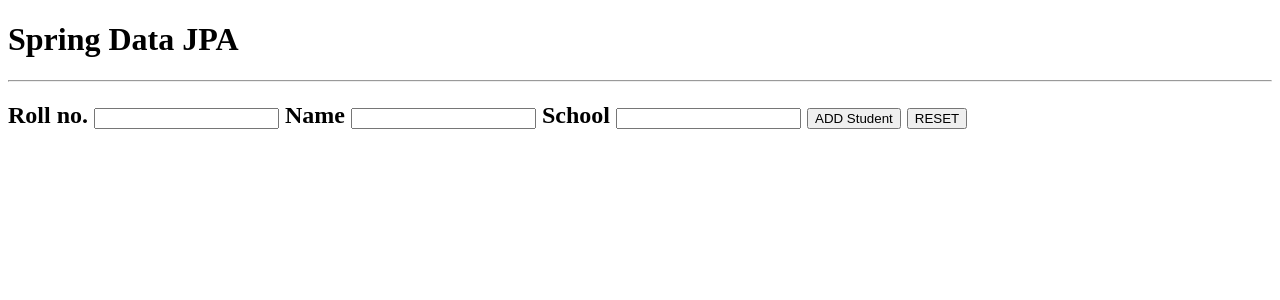
Repository: kesavarthini/week4
Page: http://localhost/db-boot-demo/enroll.jsp
These files come from the project's save history. The page is drawn as it stood at one moment and after the next save; the edit follows.
The browser window is 1280 px wide. The pictures show the whole page.
The page is served by Tomcat 9.

Above is the page before, as saved 2019-07-23 10:03:30.

After the next save:
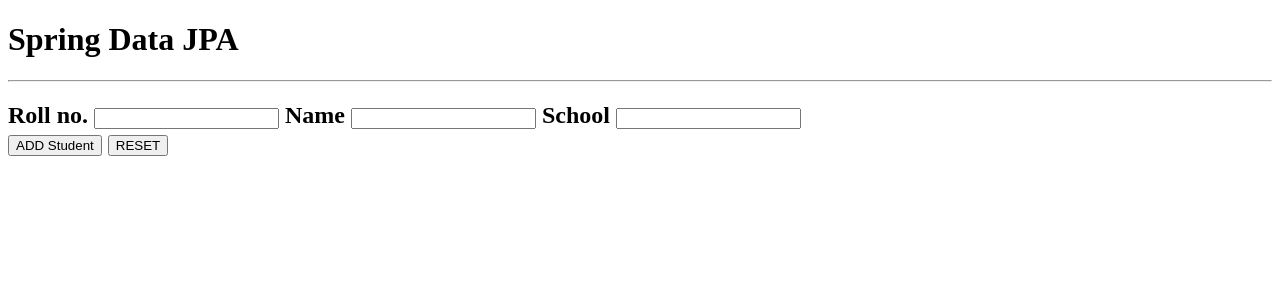
Saved 44 s later.
--- a/db-boot-demo/src/main/webapp/enroll.jsp
+++ b/db-boot-demo/src/main/webapp/enroll.jsp
@@ -13,7 +13,7 @@
 <h2>
 Roll no. <input type="text" name="rollno">
 Name <input type="text" name="name">
-School <input type="text" name="school">
+School <input type="text" name="school"><br>
 <input type="submit" name="submit" value="ADD Student">
 <input type="reset" name="reset" value="RESET">
 </h2>
